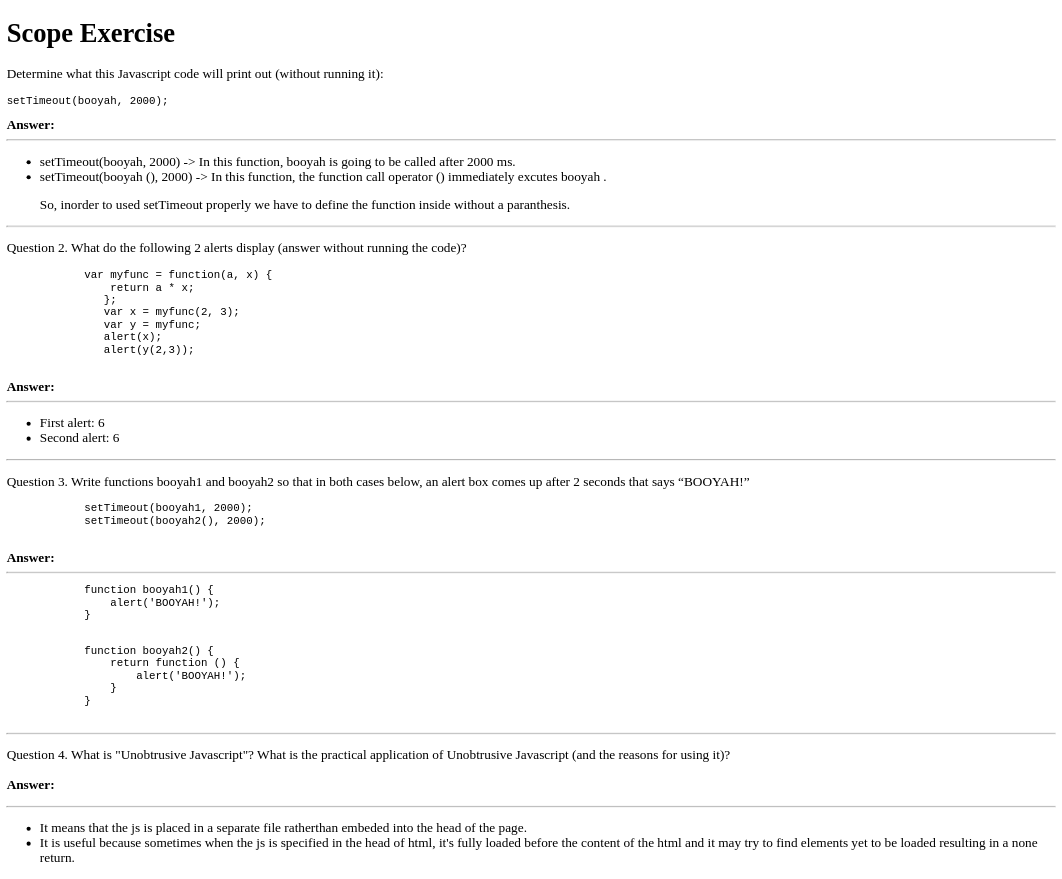
Repository: bethelbahiru/WAP
Page: Homework3/scope.html
These files come from the project's save history. The page is drawn as it stood at one moment and after a run of saves; the edit follows.
The browser window is 1280 px wide. The pictures show the whole page, at 83% of full size.

Above is the page before, as saved 2022-01-18 15:12:07.

### Homework3/scope.html
<!DOCTYPE html>
<html lang="en">
<head>
    <meta charset="UTF-8">
    <meta http-equiv="X-UA-Compatible" content="IE=edge">
    <meta name="viewport" content="width=device-width, initial-scale=1.0">
    <title>Scope Exercise</title>
</head>
<body>
    <h1><strong>Scope Exercise</strong></h1>
    <p> Determine what this Javascript code will print out (without running it):
        <pre>setTimeout(booyah, 2000);</pre>

        <strong>Answer:</strong>
        <hr>
        <ul>
            <li>setTimeout(booyah, 2000) -> In this function, booyah is going to be called after 2000 ms.</li>
            <li>setTimeout(booyah (), 2000) -> In this function, the function call operator () immediately excutes booyah .</li>
            <p>So, inorder to used setTimeout properly we have to define the function inside without a paranthesis.</p>
        </ul>
    </p>
    <hr>
    <p>Question 2. What do the following 2 alerts display (answer without running the code)?
        <pre>
            var myfunc = function(a, x) {
                return a * x;
               };
               var x = myfunc(2, 3);
               var y = myfunc;
               alert(x);
               alert(y(2,3));
        </pre>
        <strong>Answer:</strong>
        <hr>
        <ul>
            <li>First alert: 6</li>
            <li>Second alert: 6</li>
        </ul>
    </p>
    <hr>
    <p>Question 3. Write functions booyah1 and booyah2 so that in both cases below, an alert box comes up after 2 seconds that
        says “BOOYAH!”
        <pre>
            setTimeout(booyah1, 2000);
            setTimeout(booyah2(), 2000);
        </pre>
        <strong>Answer:</strong>
        <hr>
        <pre>
            function booyah1() {
                alert('BOOYAH!');
            }
        </pre>
        <pre>
            function booyah2() {
                return function () {
                    alert('BOOYAH!');
                }
            }
        </pre>
    </p>
    <hr>
    <p>Question 4. What is "Unobtrusive Javascript"? What is the practical application of Unobtrusive Javascript (and the reasons
        for using it)?
        <br/>
        <br/>
        <strong>Answer:</strong>
        <hr>
        <ul>
            <li>It means that the js is placed in a separate file ratherthan embeded into the head of the page.</li>
            <li>It is useful because sometimes when the js is specified in the head of html, it's fully loaded before the content of the html and it may try to find elements yet to be loaded resulting in a none return.</li>
        </ul>
    </p>

</body>
</html>

After the next 2 saves:
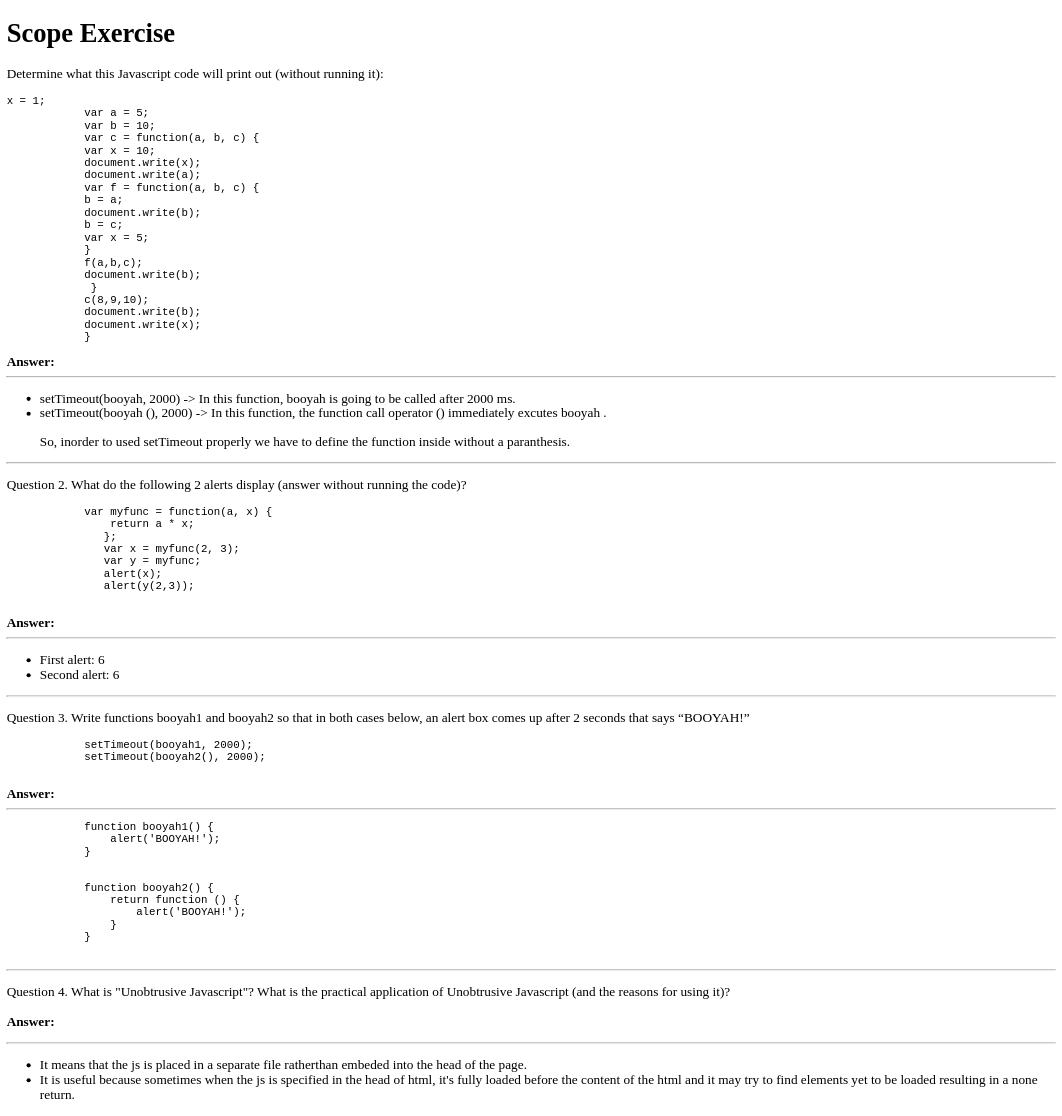
The 2 saves are shown as one change because they came seconds apart.
The last was saved 16 s later.
--- a/Homework3/scope.html
+++ b/Homework3/scope.html
@@ -9,7 +9,26 @@
 <body>
     <h1><strong>Scope Exercise</strong></h1>
     <p> Determine what this Javascript code will print out (without running it):
-        <pre>setTimeout(booyah, 2000);</pre>
+        <pre>x = 1;
+            var a = 5;
+            var b = 10;
+            var c = function(a, b, c) {
+            var x = 10;
+            document.write(x);
+            document.write(a);
+            var f = function(a, b, c) {
+            b = a;
+            document.write(b);
+            b = c;
+            var x = 5;
+            }
+            f(a,b,c);
+            document.write(b);
+             }
+            c(8,9,10);
+            document.write(b);
+            document.write(x);
+            }</pre>
 
         <strong>Answer:</strong>
         <hr>
